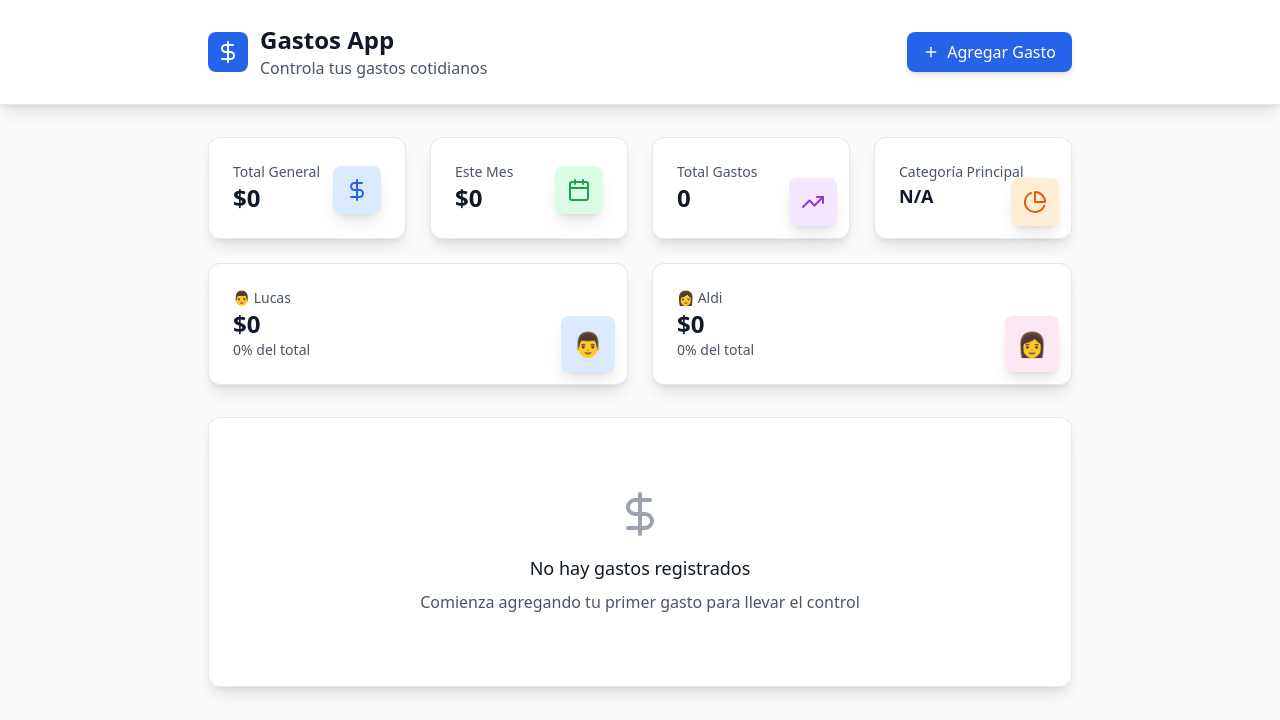
Repository: lucastenaglia/Gastosapp
Page: /
The author's editor kept a copy of each file at every save. The page is drawn from the files as they stood at one save, then again after the next save.
The browser window is 1280 px wide. The pictures show the whole page.
The page's requests for data from a server got no answer. The project was rebuilt for these pictures with package versions that can differ from the ones it lists, and the page was loaded fresh each time. No one was signed in, and anything a server would have sent is missing. Also part of the build but not shown: vite.config.js, src/components/ExpenseForm.jsx.

Above is the page before, as saved 2025-08-03 21:35:10.

After the next save:
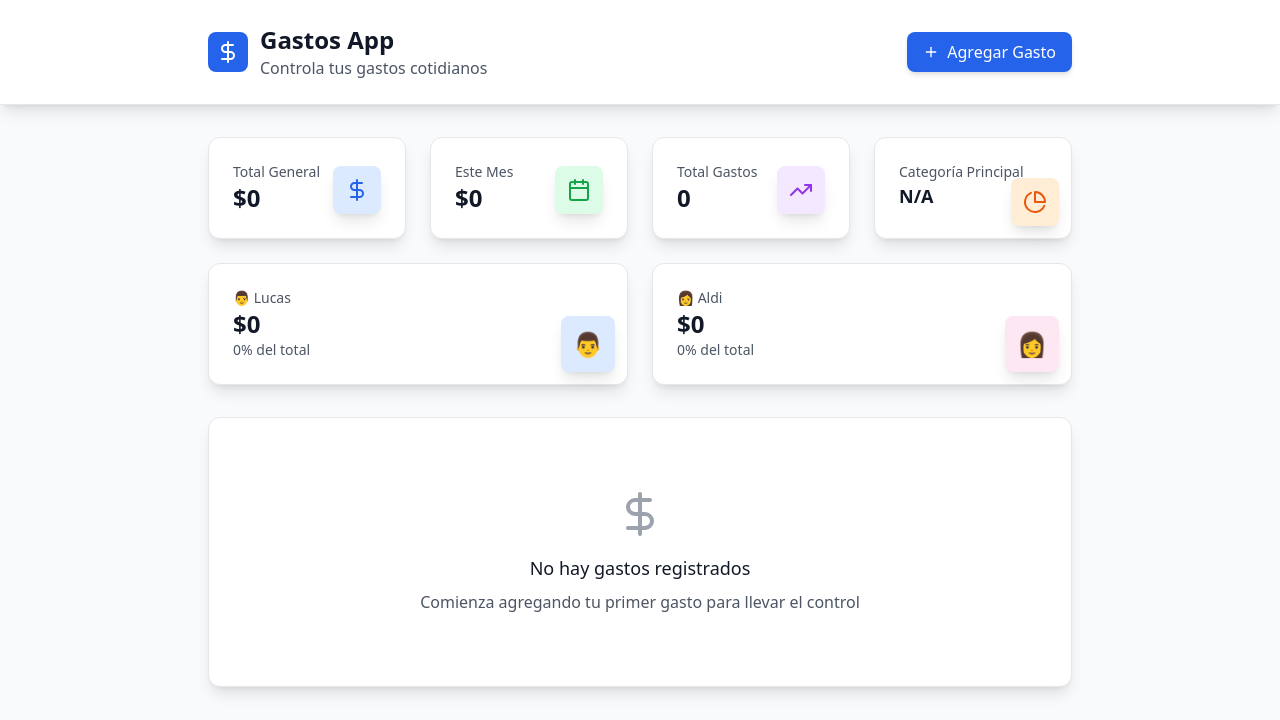
Saved 10 s later.
--- a/src/components/ExpenseSummary.jsx
+++ b/src/components/ExpenseSummary.jsx
@@ -71,14 +71,16 @@ const ExpenseSummary = ({ expenses }) => {
 
                  {/* Total de Gastos */}
          <div className="card relative p-4 sm:p-6">
-           <div>
-             <p className="text-xs sm:text-sm font-medium text-gray-600">Total Gastos</p>
-             <p className="text-lg sm:text-2xl font-bold text-gray-900">
-               {expenses.length}
-             </p>
-           </div>
-           <div className="absolute bottom-2 right-2 sm:bottom-3 sm:right-3 bg-purple-100 p-2 sm:p-3 rounded-lg shadow-lg">
-             <TrendingUp className="h-4 w-4 sm:h-6 sm:w-6 text-purple-600" />
+           <div className="flex items-end justify-between">
+             <div>
+               <p className="text-xs sm:text-sm font-medium text-gray-600">Total Gastos</p>
+               <p className="text-lg sm:text-2xl font-bold text-gray-900">
+                 {expenses.length}
+               </p>
+             </div>
+             <div className="bg-purple-100 p-2 sm:p-3 rounded-lg shadow-lg">
+               <TrendingUp className="h-4 w-4 sm:h-6 sm:w-6 text-purple-600" />
+             </div>
            </div>
          </div>
 
